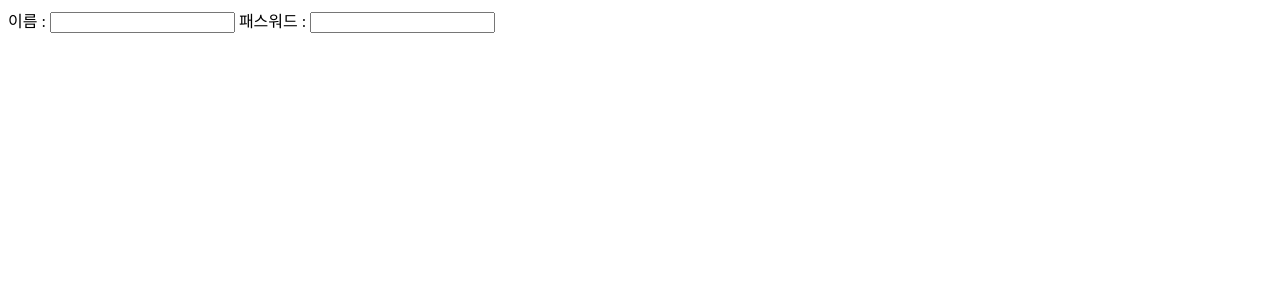
Repository: GitOnibi/jsp
Page: http://localhost/JSPprojec/ex04_signIn.jsp
The author's editor kept a copy of each file at every save. The page is drawn from the files as they stood at one save, then again after the next save.
The browser window is 1280 px wide. The pictures show the whole page.
The page is served by Tomcat 9. Nobody is signed in. The application's start-up code is not run. Other server files are loaded and not shown.

Above is the page before, as saved 2019-01-02 10:59:56.

### JSPprojec/WebContent/ex04_signIn.jsp
<%@ page language="java" contentType="text/html; charset=UTF-8"
    pageEncoding="UTF-8"%>
<!DOCTYPE html>
<html>
<head>
<meta charset="UTF-8">
<title>Insert title here</title>
</head>
<body>
	<form action="ex04_sign_check.jsp" id="signInFrm" method="get">
		이름 : <input type="text" name="userName" id="userName"/>
		패스워드 : <input type="text" namw="pw" id="pw"/>
	</form>
</body>
</html>

After the next save:
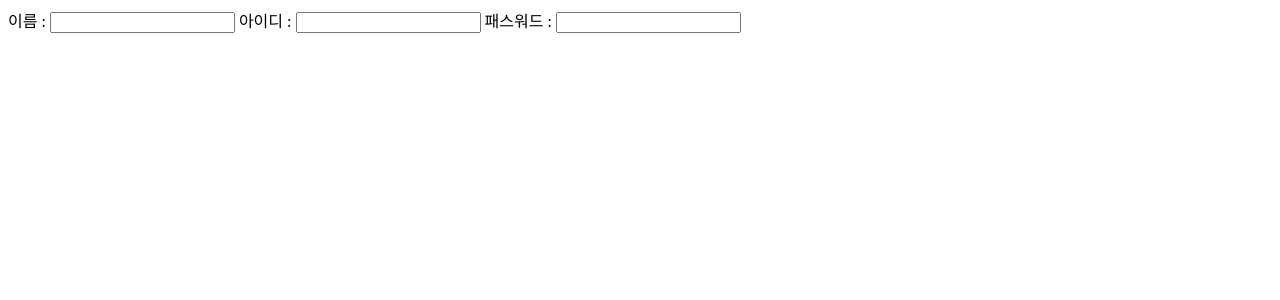
Saved 36 s later.
--- a/JSPprojec/WebContent/ex04_signIn.jsp
+++ b/JSPprojec/WebContent/ex04_signIn.jsp
@@ -9,7 +9,9 @@
 <body>
 	<form action="ex04_sign_check.jsp" id="signInFrm" method="get">
 		이름 : <input type="text" name="userName" id="userName"/>
+		아이디 : <input type="text" namw="id" id="id" />
 		패스워드 : <input type="text" namw="pw" id="pw"/>
+
 	</form>
 </body>
 </html>
